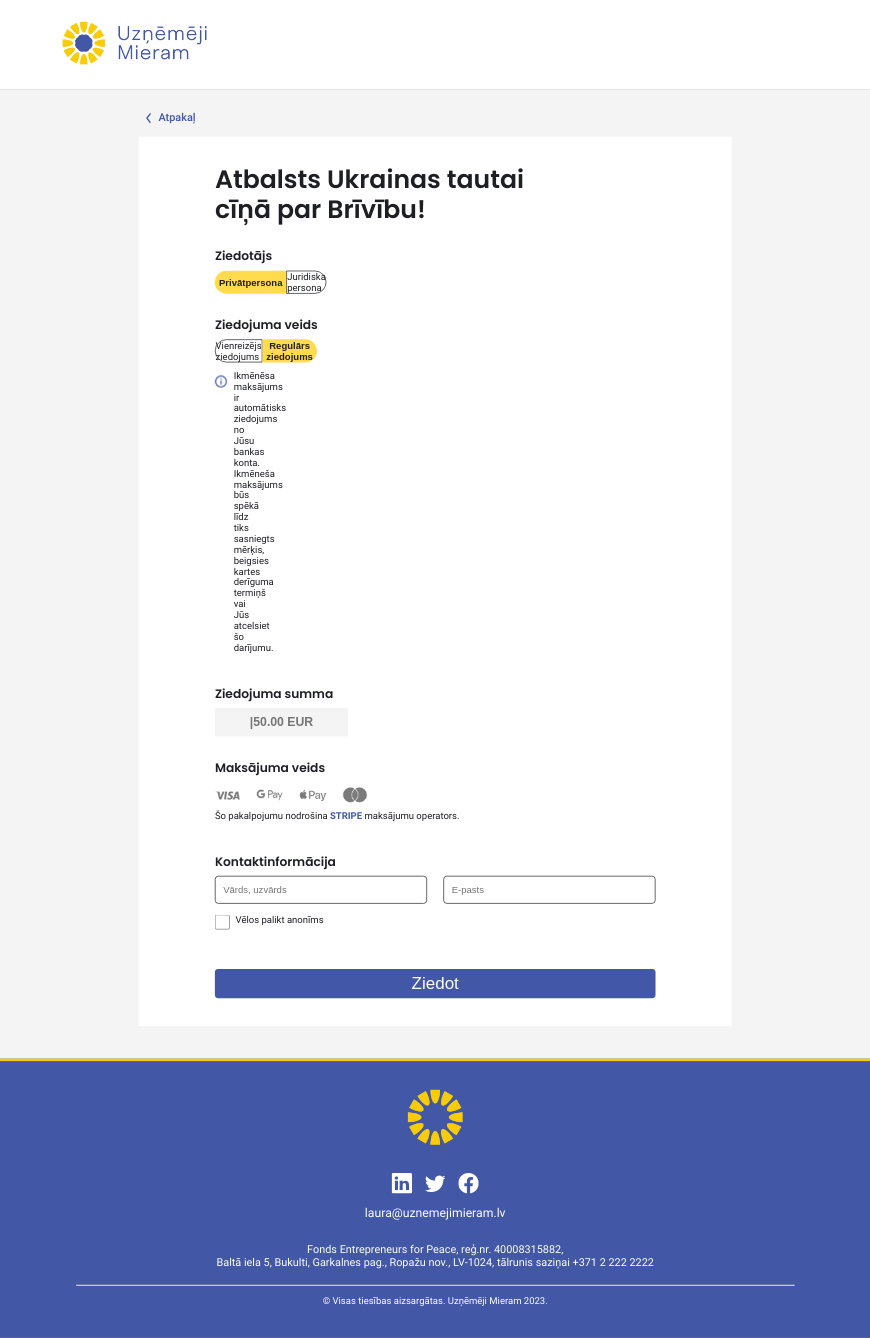
Repository: KatrinaPa/projekts_jul
Page: donate_Ukr-private-regular.html
The author's editor kept a copy of each file at every save. The page is drawn from the files as they stood at one save, then again after the next save.
The browser window is 1280 px wide. The pictures show the whole page, at 68% of full size.

Above is the page before, as saved 2023-07-24 17:22:54.
Console error: TypeError: Cannot read properties of null (reading 'addEventListener')

### donate_Ukr-private-regular.html
<!DOCTYPE html>
<html lang="en">

<head>
    <meta charset="UTF-8">
    <meta http-equiv="X-UA-Compatible" content="IE=edge">
    <meta name="viewport" content="width=device-width, initial-scale=1.0">
    <title>Ukrainas tautai</title>
    <link href="https://fonts.googleapis.com/css2?family=Jost:wght@400;700&display=swap" rel="stylesheet" />
    <link rel="stylesheet" href="assets/main.css" />
    <link rel="stylesheet" href="assets/donate-page.css" />
    <link rel="stylesheet" href="assets/donate-page-private-regular.css" />
    <link rel="stylesheet" href="https://cdnjs.cloudflare.com/ajax/libs/font-awesome/6.2.0/css/all.min.css" />
    <script src="assets/main.js" defer></script>
</head>

<body>
    <div class="panel">
        <header class="header">
            <div class="header-content">
                <nav class="navbar">
                    <a href="sakums.html" id="project-nav-home"><img src="assets/images/UM_logo.png"
                            alt="uznemejiMieram" id="logo"></a>
                    <a href="sakums.html" id="project-nav-home-mob"><img src="assets/images/UM_simbols.png"
                            alt="uznemejiMieram" id="logo-mob"></a>
                </nav>
            </div>
        </header>
        <section id="donate_wrapper" class="donate_section">
            <div class="section-content">
                <div class="donate-centred">
                    <div class="back-toProject"><a href="sakums.html">
                            <button class="back-btn">
                                <img src="assets/images/arrow_left.png" alt="left" id="arrow-left">
                            </button>
                            <div>
                                <div>Atpakaļ</div>
                            </div>
                        </a></div>
                    <div class="donate_page">
                        <h1>Atbalsts Ukrainas tautai<br>cīņā par Brīvību!</h1>
                        <div class="donation_type">
                            <h4>Ziedotājs</h4>
                            <div>
                                <button class="individual" id="individual-donate">Privātpersona</button>
                                <a href="donate_Ukr-legal-onetime.html" class="legal" id="legal-donate">Juridiska
                                    persona</a>
                            </div>
                            <h4>Ziedojuma veids</h4>
                            <div>
                                <a href="donate_Ukr-private-onetime.html" class="one-time"
                                    id="one-time-donate">Vienreizējs
                                    ziedojums</a>
                                <button class="regular" id="regular-donate">Regulārs ziedojums</button>
                            </div>
                            <div class="info-regular">
                                <img src="assets/images/info.png" alt="info" id="info-icon">
                                <p>Ikmēnēsa maksājums ir automātisks ziedojums no Jūsu bankas konta. Ikmēneša maksājums
                                    būs spēkā līdz tiks sasniegts mērķis, beigsies kartes derīguma termiņš vai Jūs
                                    atcelsiet šo darījumu.
                                </p>
                            </div>
                            <h4>Ziedojuma summa</h4>
                            <div>
                                <input class="enter-donation" type="text" placeholder="|50.00 EUR" />
                            </div>
                            <h4>Maksājuma veids</h4>
                            <div class="payment_logo">
                                <img src="assets/images/Visa_logo.png" alt="Visa" id="visa_logo">
                                <img src="assets/images/googlepay_logo.png" alt="Google Pay" id="google-pay_logo">
                                <img src="assets/images/applepay_logo.png" alt="Apple Pay" id="apple-pay_logo">
                                <img src="assets/images/MasterCard_logo.png" alt="MasterCard" id="master-card_logo">
                            </div>
                            <p>Šo pakalpojumu nodrošina <span>STRIPE</span> maksājumu operators.</p>
                        </div>
                        <div class="contact-details">
                            <h4>Kontaktinformācija</h4>
                            <form action="#" class="placehold_button">
                                <div class="inputs-details">
                                    <input type="text" placeholder="Vārds, uzvārds" />
                                    <input type="email" placeholder="E-pasts" />
                                </div>
                                <div class="checkbox_display">
                                    <div>
                                        <input type="checkbox" name="no-display" id="display-no" />
                                        <label for="display-no">Vēlos palikt anonīms</label>
                                    </div>
                                </div>
                                <button type="submit" class="buttonContinue">Ziedot</button>
                            </form>
                        </div>
                    </div>
                </div>
            </div>
        </section>
        <div class="yellow-bottom"></div>
        </main>
        <footer>
            <div class="about">
                <img src="assets/images/UM_simbols.png" alt="uznemejiMieram">
                <div class="social">
                    <svg xmlns="http://www.w3.org/2000/svg" width="30" height="30" fill="#ffffff" class="bi bi-linkedin"
                        viewBox="0 0 16 16">
                        <path
                            d="M0 1.146C0 .513.526 0 1.175 0h13.65C15.474 0 16 .513 16 1.146v13.708c0 .633-.526 1.146-1.175 1.146H1.175C.526 16 0 15.487 0 14.854V1.146zm4.943 12.248V6.169H2.542v7.225h2.401zm-1.2-8.212c.837 0 1.358-.554 1.358-1.248-.015-.709-.52-1.248-1.342-1.248-.822 0-1.359.54-1.359 1.248 0 .694.521 1.248 1.327 1.248h.016zm4.908 8.212V9.359c0-.216.016-.432.08-.586.173-.431.568-.878 1.232-.878.869 0 1.216.662 1.216 1.634v3.865h2.401V9.25c0-2.22-1.184-3.252-2.764-3.252-1.274 0-1.845.7-2.165 1.193v.025h-.016a5.54 5.54 0 0 1 .016-.025V6.169h-2.4c.03.678 0 7.225 0 7.225h2.4z" />
                    </svg>
                    <svg xmlns="http://www.w3.org/2000/svg" width="30" height="30" fill="#ffffff" class="bi bi-twitter"
                        viewBox="0 0 16 16">
                        <path
                            d="M5.026 15c6.038 0 9.341-5.003 9.341-9.334 0-.14 0-.282-.006-.422A6.685 6.685 0 0 0 16 3.542a6.658 6.658 0 0 1-1.889.518 3.301 3.301 0 0 0 1.447-1.817 6.533 6.533 0 0 1-2.087.793A3.286 3.286 0 0 0 7.875 6.03a9.325 9.325 0 0 1-6.767-3.429 3.289 3.289 0 0 0 1.018 4.382A3.323 3.323 0 0 1 .64 6.575v.045a3.288 3.288 0 0 0 2.632 3.218 3.203 3.203 0 0 1-.865.115 3.23 3.23 0 0 1-.614-.057 3.283 3.283 0 0 0 3.067 2.277A6.588 6.588 0 0 1 .78 13.58a6.32 6.32 0 0 1-.78-.045A9.344 9.344 0 0 0 5.026 15z" />
                    </svg>
                    <svg xmlns="http://www.w3.org/2000/svg" width="30" height="30" fill="#ffffff" class="bi bi-facebook"
                        viewBox="0 0 16 16">
                        <path
                            d="M16 8.049c0-4.446-3.582-8.05-8-8.05C3.58 0-.002 3.603-.002 8.05c0 4.017 2.926 7.347 6.75 7.951v-5.625h-2.03V8.05H6.75V6.275c0-2.017 1.195-3.131 3.022-3.131.876 0 1.791.157 1.791.157v1.98h-1.009c-.993 0-1.303.621-1.303 1.258v1.51h2.218l-.354 2.326H9.25V16c3.824-.604 6.75-3.934 6.75-7.951z" />
                    </svg>
                </div>
                <div class="contacts">
                    <p>laura@uznemejimieram.lv</p>
                    <p>Fonds Entrepreneurs for Peace, reģ.nr. 40008315882, <br> Baltā iela 5, Bukulti, Garkalnes pag.,
                        Ropažu
                        nov., LV-1024, tālrunis saziņai +371 2 222 2222</p>
                </div>
            </div>
            <div class="copy">
                <hr>
                <p>© Visas tiesības aizsargātas. Uzņēmēji Mieram 2023.</p>
            </div>
        </footer>
    </div>

</body>

</html>

### assets/donate-page.css
#donate_wrapper {
    background-color: #f4f4f4;
}

.donate_section {
    font-family: 'Roboto';
    padding: 0 3rem 0 3rem;
}

.donate-centred {
    display: flex;
    align-items: center;
    flex-direction: column;
}

.back-toProject {
    width: 54.5rem;
    padding: 2rem 0 1rem 0;
}

.back-toProject a {
    text-decoration: none;
    color: #4257A6;
    font-size: 16px;
    font-weight: 500;
    margin-block-start: 0;
    display: flex;
}

.back-btn {
    border: 0;
    background: transparent;
    cursor: pointer;
}

.back-btn img {
    width: 45%;
    padding-top: 0.1rem;
}

.donate_page {
    width: 54.5rem;
    background-color: #ffffff;
    color: #1E1F24;
    margin-bottom: 3rem;
}

h1 {
    color: #1E1F24;
    font-weight: 600;
    font-size: 37px;
    line-height: 45px;
    padding: 2.5rem 7rem 0 7rem;
}

.donation_type {
    padding: 0 7rem 0 7rem;
}

h4 {
    font-size: 18px;
    font-weight: 600;
    margin: 2rem 0 0.5rem 0;
    font-family: 'Poppins';
}

.donation_type div {
    display: flex;
    flex-direction: row;
    justify-content: flex-start;
    width: 2.36rem;
}

.info-regular {
    display: flex;
    gap: 0.6rem;
}

.info-regular img {
    width: 18px;
    height: 18px;
    margin-block-start: 1.2rem;
}

.donation_type p {
    font-size: 14px;
    font-weight: 400;
    margin-block-start: 0.7rem;
    width: 75%;
}

.donation_type span {
    color: #4257A6;
    font-weight: 600;
}

.checkbox_display div {
    display: flex;
    flex-direction: row;
    align-items: flex-start;
    gap: 0.5rem;
    width: 60%;
}

#display-no {
    width: 1.4rem;
    height: 1.4rem;
    margin: 0;
}

.checkbox_display label {
    font-size: 14px;
    font-weight: 400;
}

.one-time,
.individual {
    color: #1E1F24;
    font-size: 14px;
    width: 11.6rem;
    height: auto;
    display: flex;
    justify-content: center;
    align-items: center;
    text-decoration: none;
    border: none;
    border-radius: 20px 0 0 20px;
    font-weight: 400;
    cursor: pointer;
}

.legal,
.regular {
    color: #1E1F24;
    font-size: 14px;
    width: 11.6rem;
    height: auto;
    display: flex;
    justify-content: center;
    align-items: center;
    text-decoration: none;
    border-radius: 0 20px 20px 0;
    border: none;
    font-weight: 400;
    margin-block-end: 0;
    cursor: pointer;
}

.legal:hover,
.regular:hover,
.one-time:hover,
.individual:hover {
    background-color: #ffcc00;
    font-weight: 700;
}

.enter-donation {
    background-color: #f4f4f4;
    color: #615c5c;
    font-size: 18px;
    height: 2.5rem;
    width: 12rem;
    text-align: center;
    border: none;
    font-weight: 700;
    margin-block-start: 0;
}

.payment_logo {
    align-items: center;
    gap: 1.5rem;
    margin-top: 1rem;
}

#visa_logo,
#google-pay_logo,
#apple-pay_logo,
#master-card_logo {
    cursor: pointer;
}

.contact-details {
    display: flex;
    flex-direction: column;
    padding: 0 7rem 0 7rem;
}

.inputs-details {
    display: flex;
    gap: 1.5rem;
    margin-bottom: 1rem;
}

.contact-details input {
    border-radius: 5px;
    padding: 0.7rem 0.7rem;
    width: 100%;
    border: solid 1px #1E1F24;
    font-size: 14px;
}

.buttonContinue {
    margin: 3.6rem 0 2.6rem 0;
    width: 100%;
    background-color: #4257A6;
    color: #ffffff;
    font-size: 25px;
    font-weight: 500;
    height: 2.69rem;
    text-decoration: none;
    border-radius: 5px;
    border: none;
    cursor: pointer;
}

.yellow-bottom {
    height: 0.25rem;
    background-color: #ffcc00;
}

@media (min-width: 1280px) {

    .section-content {
        margin: 0 auto;
        padding: 0;
    }
}

@media screen and (max-width: 1279px) {

    .donate_section {
        padding: 0 5rem 0 5rem;
    }

    .back-toProject {
        width: 100%;
    }

    .donate_page {
        width: 100%;
    }

    h1 {
        padding: 2.5rem 6rem 0 6rem;
    }

    .donation_type {
        padding: 0 6rem 0 6rem;
    }

    .donation_type p {
        width: 100%;
    }

    .contact-details {
        padding: 0 6rem 0 6rem;
    }

    .contact-details input {
        margin-top: 1rem;
        width: auto;
    }

    .inputs-details {
        gap: 0.5rem;
        flex-direction: column;
    }

    .checkbox_display div {
        width: 100%;
    }
}

@media screen and (max-width: 700px) {

    .donate_section {
        padding: 0;
    }

    .back-toProject {
        width: 90%;
    }

    h1 {
        padding: 1.5rem 1.5rem 0 1.5rem;
        width: 90%;
        font-size: 26px;
        line-height: 40px;
    }

    h4 {
        font-size: 14px;
    }

    .donation_type {
        padding: 1.5rem 1.5rem 0 1.5rem;
    }

    .contact-details {
        padding: 0 1.5rem 0 1.5rem;
    }

    .one-time,
    .individual,
    .legal,
    .regular {
        font-size: 12px;
        width: 100%;
    }

    .inputs-details {
        margin-bottom: 2rem;
        flex-direction: column;
    }

    .checkbox_display label {
        font-size: 12px;
    }

    .enter-donation {
        width: 100%;
    }
}

### assets/donate-page-private-regular.css
#one-time-donate {
    background-color: #ffffff;
    border: 1px solid #1E1F24;
}

#one-time-donate:hover {
    background-color: #ffcc00;
    border: none;
}

#regular-donate {
    background-color: #FFDB4D;
    font-weight: 600;
    cursor: auto;
}

#individual-donate {
    background-color: #FFDB4D;
    font-weight: 600;
    cursor: auto;
}

#legal-donate {
    background-color: #ffffff;
    border: 1px solid #1E1F24;
}

#legal-donate:hover {
    background-color: #ffcc00;
    border: none;
}

Loaded but not shown: assets/main.js (97 lines, source omitted); assets/main.css (1433 lines, source omitted)

After the next save:
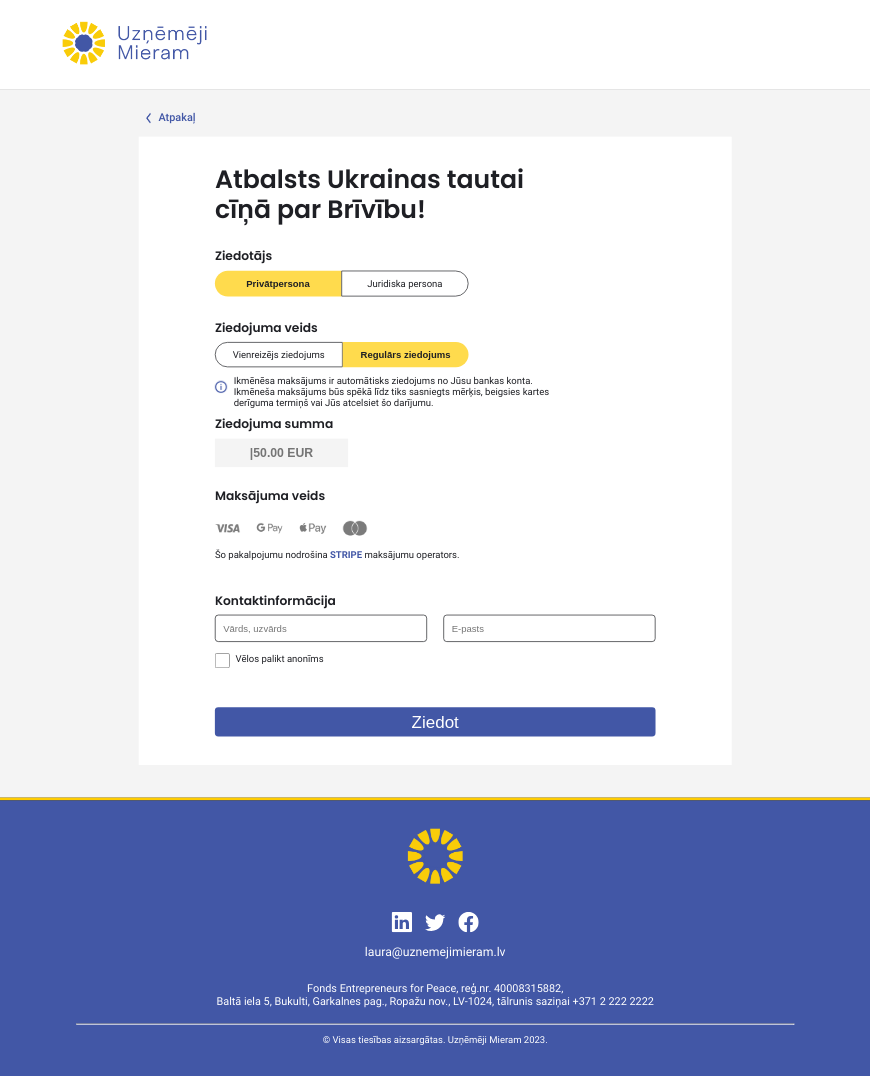
Saved 12 s later.
--- a/assets/donate-page.css
+++ b/assets/donate-page.css
@@ -68,7 +68,7 @@ h4 {
     display: flex;
     flex-direction: row;
     justify-content: flex-start;
-    width: 2.36rem;
+    height: 2.36rem;
 }
 
 .info-regular {
